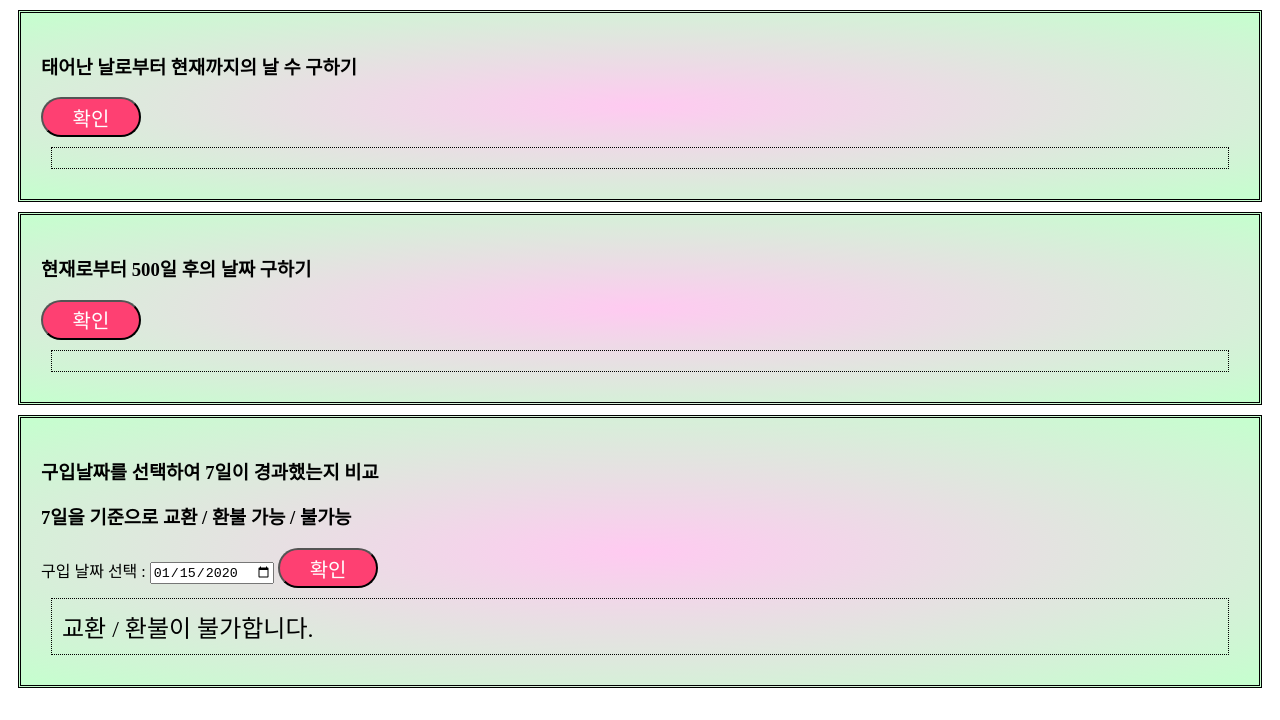
Repository: choidazzi/DDIT
Page: web programming/html/webpro/src/main/webapp/0510/Date객체.html
The author's editor kept a copy of each file at every save. The page is drawn from the files as they stood at one save, then again after the next save.
The browser window is 1280 px wide. The pictures show the whole page.
Empty fields were first filled with sample values (such as "Sample", 5 or name@example.com).
After loading, the first visible `input[onclick="proc3()"]` was clicked once.

Above is the page before, as saved 2023-05-10 01:08:37.

### web programming/html/webpro/src/main/webapp/0510/Date객체.html
<!DOCTYPE html>
<html>
<head>
<meta charset="UTF-8">
<title>Insert title here</title>
<link rel="stylesheet" href="../css/my.css">
<script>
	today = new Date();
	function proc1() {
		 // 방법 1) myDay = new Date("1996.08.13");
		 // 방법 2)월은 0부터 시작해서! -1 해주기
		myDay = new Date(1996,08-1,13);

		 //getTime() 을 이용해서 millisec 값 구하기
		 toTime = today.getTime();
		 myTime = myDay.getTime();

		 console.log(toTime, myTime);

		 times = toTime - myTime;

		 years = times / 1000 / 60 / 60 / 24 / 365;
		 years = parseInt(years);

		 str = `오늘 : ${today.toLocaleString()} <br>`;
		 str += `나의 생일 ${myDay.toLocaleString()} <br>`;
		 str += `지금까지 ${years} 년 째 살고 있습니다. <br>`;

		 document.getElementById('result1').innerHTML = str;
	}

	proc2 = () => {
		//현재 날짜의 millisec 값 구하기
		toTime = today.getTime();

		//500일에 대한 millosec 값 구하기.
		after500 = 500 * 1000 * 60 * 60 * 24;
		console.log(toTime, after500);

		times = toTime + after500;
		day500 = new Date(times);

		str = `오늘 : ${today.toLocaleString()} <br>`;
		str += `500일 후: ${day500.toLocaleString()} <br>`;

		document.getElementById('result2').innerHTML = str;
	}

	proc3 = () => {
		// id = "sel" 인 요소로 접근 (선택한 날을 가져온다 - value - 결과값 : String)
		selValue = document.getElementById('sel').value;

		// selValue변수로 Date 객체를 생성한다.
		sval = new Date(selValue);

		// 오늘과 선택한 날의 간격을 구한다.
		// 오늘의 getTime() - 선택한 날의 getTime() (총 millisec값을 구한다.)
		times = today.getTime() - sval.getTime();

		// 총 millisec 값을 가지고 일주일이 지났는지 확인 (/1000/ 60(초) / 60(분) / 24(시))
		week = times / 1000 / 60 / 60 / 24;
		console.log(week);
		// 비교 - 7일 경과? (if)
		if (week > 7) {
			res = "교환 / 환불이 불가합니다.";
		} else res = "교환 / 환불이 가능합니다."

		document.getElementById('result3').innerHTML = res;
	}
</script>
</head>
<body>

	<div class="box">
		<h3>태어난 날로부터 현재까지의 날 수 구하기</h3>

		<input type="button" onclick="proc1()" value="확인">
		<div id="result1" class="result"></div>
	</div>

	<div class="box">
		<h3>현재로부터 500일 후의 날짜 구하기</h3>

		<input type="button" onclick="proc2()" value="확인">
		<div id="result2" class="result"></div>
	</div>

	<div class="box">
		<h3>구입날짜를 선택하여 7일이 경과했는지 비교</h3>
		<h3>7일을 기준으로 교환 / 환불 가능 / 불가능</h3>

		구입 날짜 선택 : <input type="date" id="sel">
		<input type="button" onclick="proc3()" value="확인">
		<div id="result3" class="result"></div>
	</div>

</body>
</html>

### web programming/html/webpro/src/main/webapp/css/my.css
@charset "UTF-8";

pre {
	border: 4px double steelblue;
	border-left: none;
	border-right: none;
	background: #defedf;
	padding: 20px;
	margin: 10px;
	font-size: 1.5em;
}

.box {
	border: 3px double #000;
	margin: 10px;
	padding: 20px;
	background-image: radial-gradient(#FFCAF1,#C5FFCE);
}

.box input[type=button], button[type="button"]  {
		background: #fe4072;
		color: #fff;
		width: 100px;
		height: 40px;
		font-size: 20px;
		border-radius: 50px;
}

.box .result {
	border: 1px dotted black;
	margin: 10px;
	padding: 10px;
	font-size: 1.5rem;
}

After the next save:
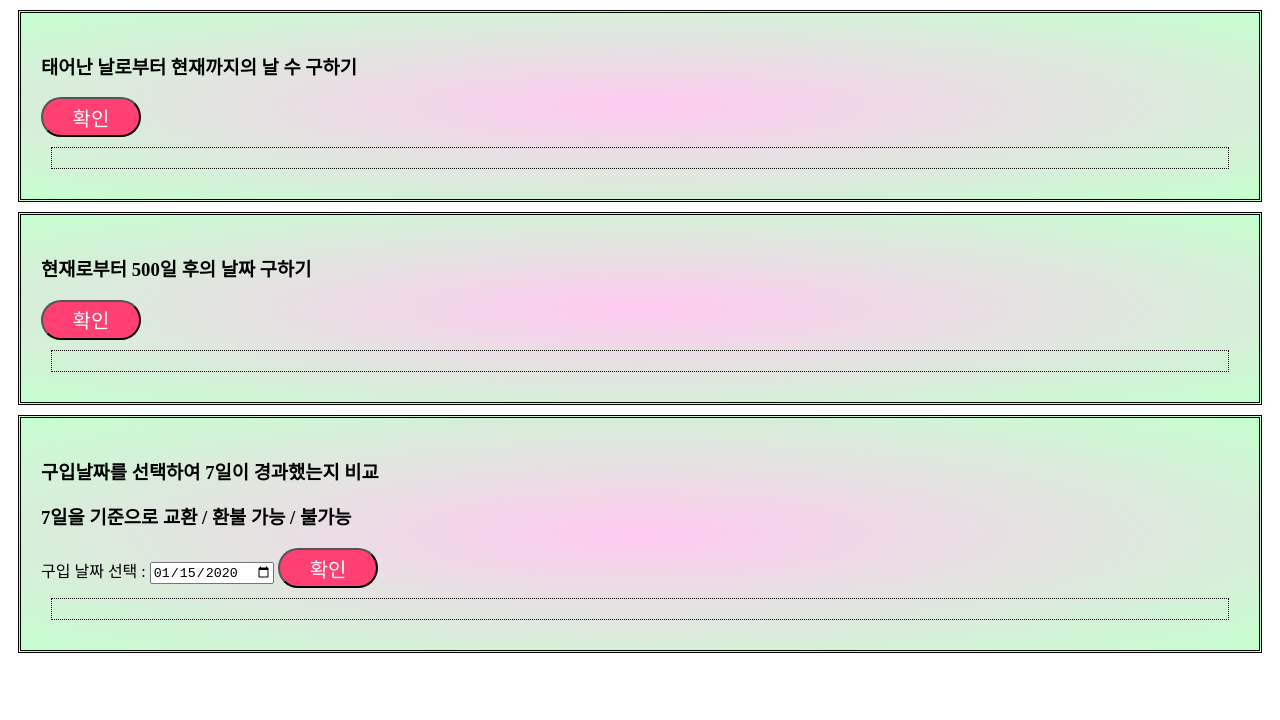
Console error: ReferenceError: week is not defined
Saved 38 s later.
--- a/web programming/html/webpro/src/main/webapp/0510/Date객체.html
+++ b/web programming/html/webpro/src/main/webapp/0510/Date객체.html
@@ -58,10 +58,10 @@
 		times = today.getTime() - sval.getTime();
 
 		// 총 millisec 값을 가지고 일주일이 지났는지 확인 (/1000/ 60(초) / 60(분) / 24(시))
-		week = times / 1000 / 60 / 60 / 24;
+		days = times / 1000 / 60 / 60 / 24;
 		console.log(week);
 		// 비교 - 7일 경과? (if)
-		if (week > 7) {
+		if (days > 7) {
 			res = "교환 / 환불이 불가합니다.";
 		} else res = "교환 / 환불이 가능합니다."
 

After the save that followed:
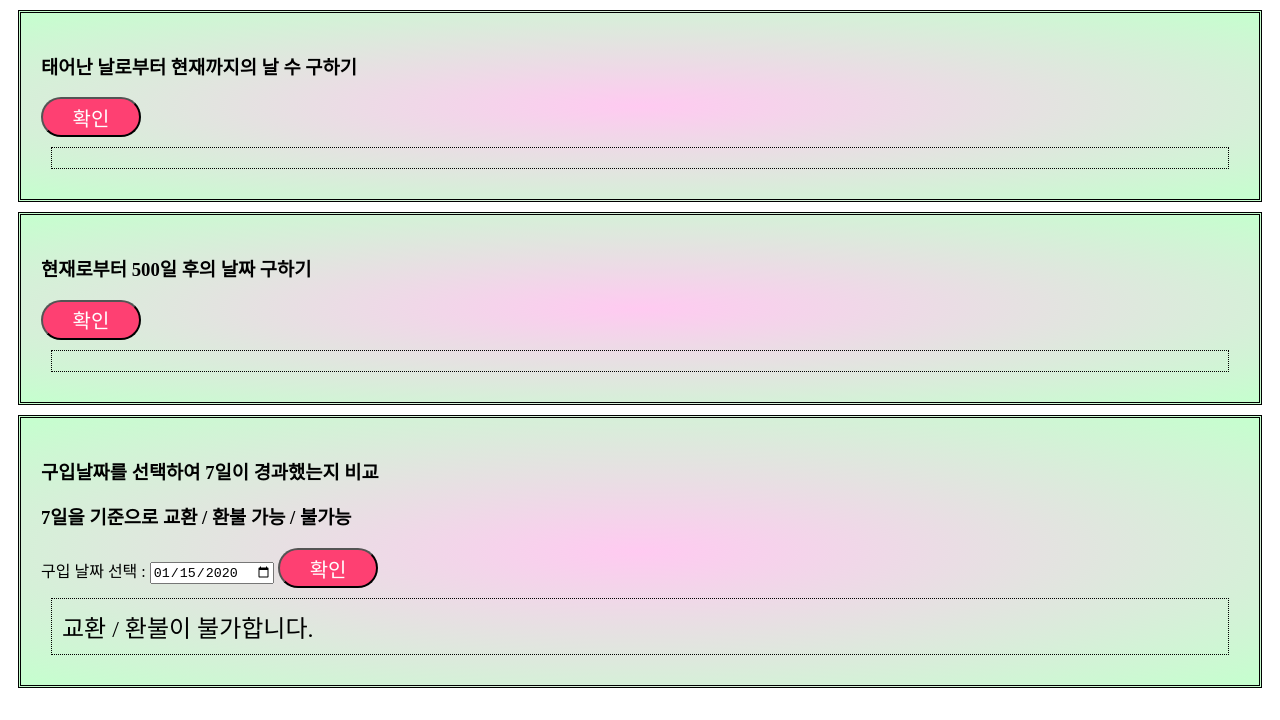
The error is gone.
Saved 15 s later.
--- a/web programming/html/webpro/src/main/webapp/0510/Date객체.html
+++ b/web programming/html/webpro/src/main/webapp/0510/Date객체.html
@@ -59,7 +59,7 @@
 
 		// 총 millisec 값을 가지고 일주일이 지났는지 확인 (/1000/ 60(초) / 60(분) / 24(시))
 		days = times / 1000 / 60 / 60 / 24;
-		console.log(week);
+
 		// 비교 - 7일 경과? (if)
 		if (days > 7) {
 			res = "교환 / 환불이 불가합니다.";
